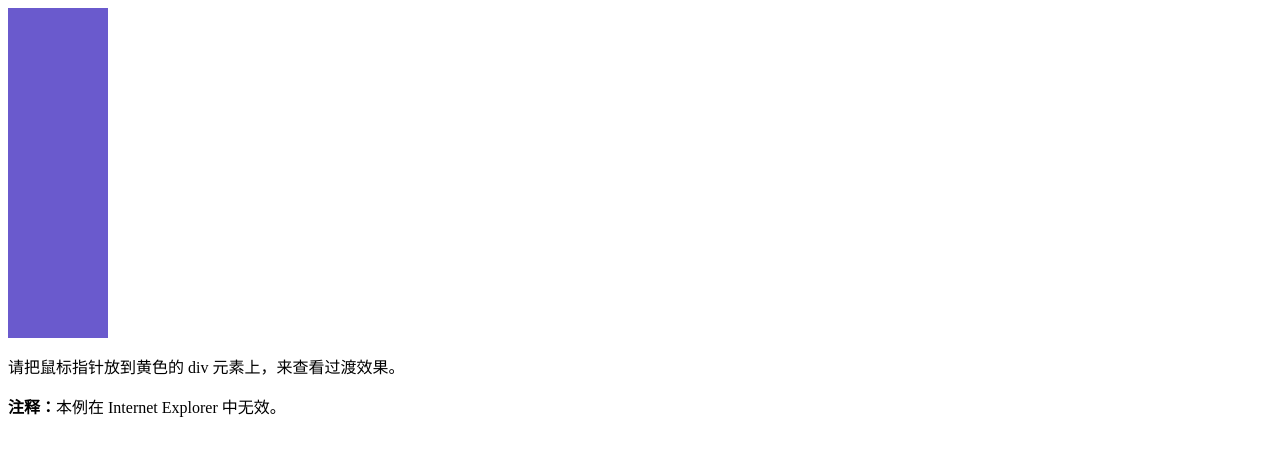
Repository: YukiXueyan/moquWebsite
Page: html/CSS过渡.html
These files come from the project's save history. The page is drawn as it stood at one moment and after the next save; the edit follows.
The browser window is 1280 px wide. The pictures show the whole page.

Above is the page before, as saved 2020-07-05 16:37:24.

### html/CSS过渡.html
<!DOCTYPE html>
<html>
<head>
<style>
div
{
width:100px;
height:100px;
background:slateblue;
transition:width 2s;
padding-bottom: 10px;

}

div d1 :hover
{
width:300px;
}
</style>
</head>
<body>

<div id="d1"></div>
<div id="d2"></div>
<div id="d3"></div>
<p>请把鼠标指针放到黄色的 div 元素上，来查看过渡效果。</p>

<p><b>注释：</b>本例在 Internet Explorer 中无效。</p>

</body>
</html>

After the next save:
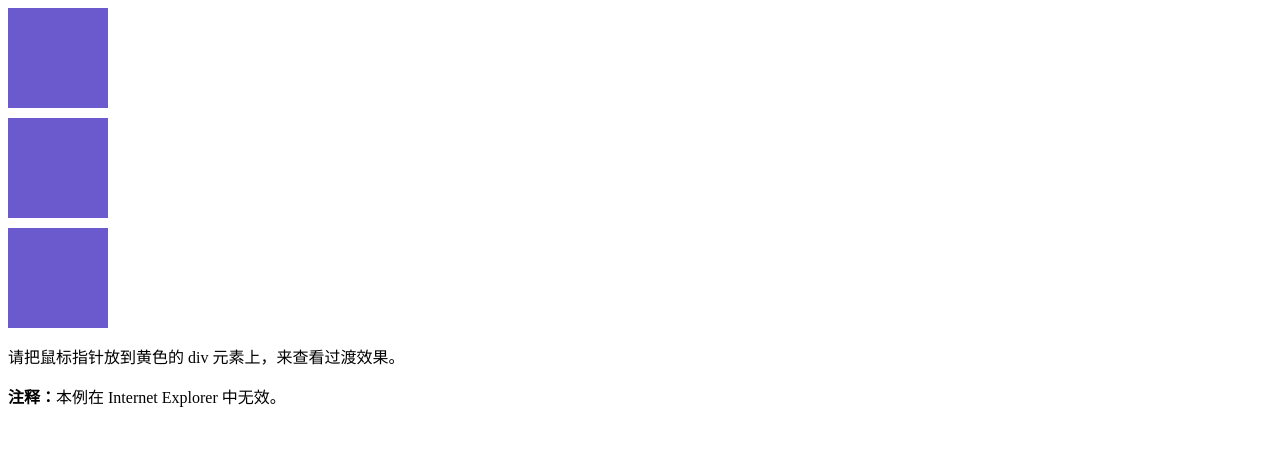
Saved 29 s later.
--- a/html/CSS过渡.html
+++ b/html/CSS过渡.html
@@ -8,7 +8,7 @@ width:100px;
 height:100px;
 background:slateblue;
 transition:width 2s;
-padding-bottom: 10px;
+margin-bottom: 10px;
 
 }
 
